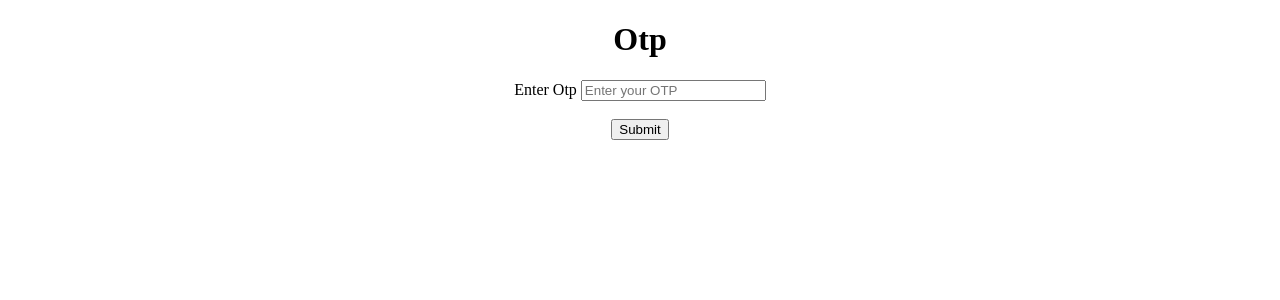
Repository: Boppesurya/advancedjav2
Page: Bank1/WebContent/Otp.html
These files come from the project's save history. The page is drawn as it stood at one moment and after the next save; the edit follows.
The browser window is 1280 px wide. The pictures show the whole page.

Above is the page before, as saved 2023-06-06 07:53:06.

After the next save:
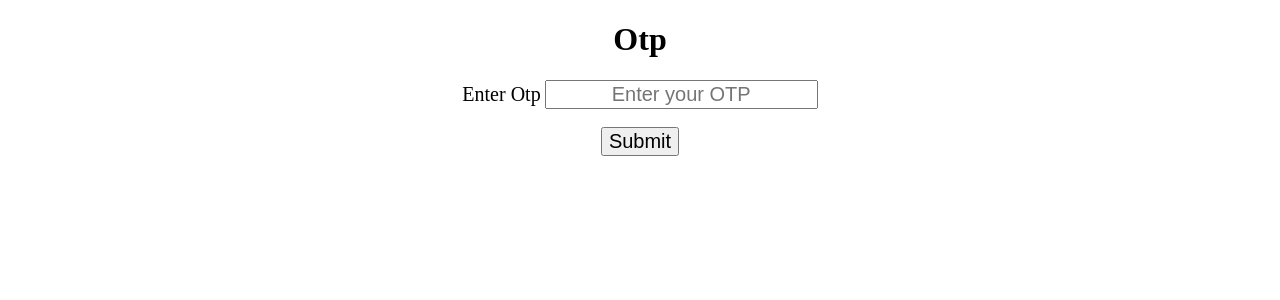
Saved 58 s later.
--- a/Bank1/WebContent/Otp.html
+++ b/Bank1/WebContent/Otp.html
@@ -8,10 +8,10 @@
 <center>
 <h1>Otp</h1>
 <form action="">
-<label>Enter Otp</label>
- <input name="otp" placeholder="Enter your OTP">
+<label style="font-size: 20px">Enter Otp</label>
+ <input name="otp" placeholder="Enter your OTP" style="font-size: 20px; text-align: center;">
  <br><br>
- <input type="submit">
+ <input type="submit" style="font-size: 20px">
 </form>
 </center>
 
